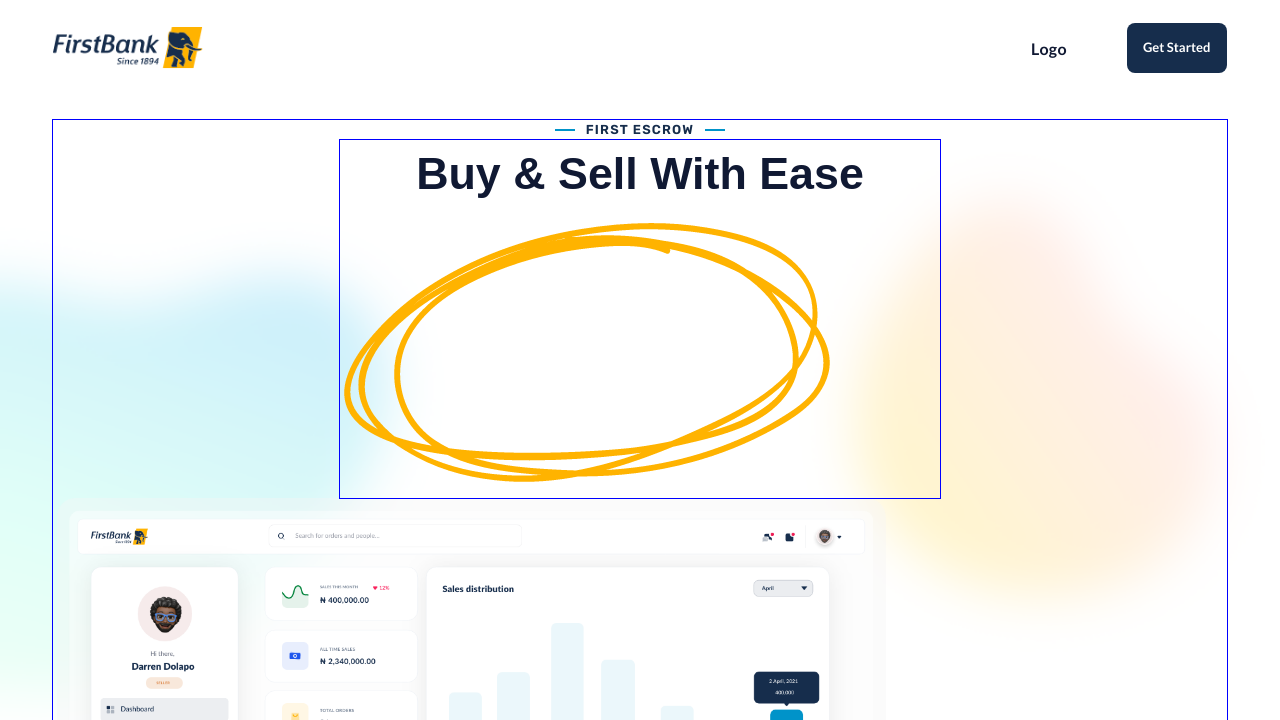
Repository: Pepperest-dev/First_Escrow_Home
Page: index.html
An editor plug-in stored every save of this project. The page is shown before and after the next save, followed by the edit.
The browser window is 1280 px wide. The pictures show the whole page.

Above is the page before, as saved 2021-09-25 21:10:35.

### index.html
<!DOCTYPE html>
<html lang="en">
  <head>
    <meta charset="UTF-8" />
    <meta http-equiv="X-UA-Compatible" content="IE=edge" />
    <meta name="viewport" content="width=device-width, initial-scale=1.0" />
    <link rel="stylesheet" href="styles/styles.css" />
    <link rel="stylesheet" href="styles/mobileScreenStyles.css" />
    <link
      href="https://unpkg.com/tailwindcss@^2/dist/tailwind.min.css"
      rel="stylesheet"
    />
    <link
      rel="stylesheet"
      href="https://cdnjs.cloudflare.com/ajax/libs/font-awesome/4.7.0/css/font-awesome.min.css"
    />
    <link rel="preconnect" href="https://fonts.googleapis.com" />
    <link rel="preconnect" href="https://fonts.gstatic.com" crossorigin />
    <link
      href="https://fonts.googleapis.com/css2?family=Lato:wght@100;300;400;700&family=Rubik:wght@400;500;600;700&display=swap"
      rel="stylesheet"
    />
    <title>First Escrow</title>
  </head>
  <body>
    <!-- Create a container wrapper to  -->
    <div class="container w-screen">
      <!-- create a container to keep everything contained in a certain width -->
      <!-- create the Navbar -->
      <!-- Do the font setup from google fonts -->
      <!-- make the navbar responsive -->
      <!-- create the hero section -->
      <!-- work on the what can we do or you ssection -->
      <!-- Work on how does first escrow  works-->
      <!-- work on refund is guranteed  section  -->
      <!-- how it works in simple steps section -->
      <!-- work on the footer section -->
      <header class="banner h-12/12 overflow-hidden">
        <nav
          class="
            h-24
            flex
            justify-between
            items-center
            md:w-11/12 md:p-0
            px-7
            mx-auto
            mb-6
          "
        >
          <a href="/">
            <img
              src="/assets/imgs/firstBank_logo.png"
              alt="First Bank Logo"
              class="BrandLogo cursor-pointer"
            />
          </a>

          <ul class="md:flex hidden w-2/12 h-full justify-between items-center">
            <li class="loginLink"><a href="#">Logo</a></li>
            <li>
              <button class="getStartedBtn hover:drop-shadow-xl">
                Get Started
              </button>
            </li>
          </ul>

          <div id="hambugger" class="hambugger cursor-pointer md:hidden">
            <i id="menuToggler" class="fa fa-2x fa-bars"></i>
          </div>
        </nav>

        <main class="md:w-11/12 outline md:p-0 px-7 mx-auto">
          <article>
            <p
              class="
                text-center
                mx-auto
                flex
                justify-around
                items-center
                firstEscrow
              "
            >
              First Escrow
            </p>
            <h1 class="mainTitle mx-auto outline">
              Buy & Sell With <span class="easeElipses">Ease</span>
              <img src="/assets/icons/bigEaseElipses.png" alt="elipses" />
            </h1>
          </article>
          <img
            src="/assets/imgs/dashboardMockup.png"
            class="dashboardImg"
            alt="dashboard mockup"
          />
        </main>
        <!-- <h1>First Escrows</h1> -->
      </header>
    </div>
    <script src="js/app.js"></script>
  </body>
</html>

### Styles/styles.css
* {
  margin: 0;
  padding: 0;
  border: 0;
  font-size: 16px;
  text-decoration: none;
  font: inherit;
  vertical-align: baseline;
  box-sizing: border-box;
}

/* Colors varable declaration */
:root {
  --whiteBgColor: #ffffff;
  --BtnBgColor: #162d4c;
  --lightBlueColor: #0093c9;
  --yellowPrimaryColor: #ffb300;
  --boxesTextColor: #707070;
  --darkBlueTextColor: #101933;
  --bannerTextColor: #707585;
  --lightGreenColor: #28a745;
  --inputFieldBorderColor: #d8dade;
  --footerBackgroundColor: #f6f6f7;
  --footerTextColor: #040c22;
  --latoFontFamily: "Lato", sans-serif;
  --rubikFontFamily: "Rubik", sans-serif;
  --arialFontFamily: "Arial", sans-serif;
}

.banner {
  background-image: url(../assets/imgs/overlayBackground.png);
  height: 100vh;
  width: 100vw;
  background-position: center;
  background-repeat: no-repeat;
  background-size: cover;
}
.dashboardImg {
  width: 80%;
  height: auto;
  /* margin: 3rem auto; */
}

.container {
  background-color: var(--whiteBgColor);
}

.BrandLogo {
  width: 150px;
  object-fit: contain;
  height: 45px;
}

.outline {
  outline: 1px solid blue;
}

.loginLink {
  font: normal normal 600 16px/19px Lato;
  letter-spacing: 0.32px;
  font-family: var(--latoFontFamily);
  font-style: normal;
  font-weight: 600;
  color: var(--darkBlueTextColor);
}

.loginLink:hover {
  opacity: 0.8;
  transition: all ease-in-out 350ms;
}

.getStartedBtn {
  border-radius: 8px;
  background-color: var(--BtnBgColor);
  width: 100px;
  height: 50px;
  color: var(--whiteBgColor);
  font-family: var(--latoFontFamily);
  text-align: center;
  font-size: 13px;
  font-weight: 600;
}

.getStartedBtn:hover {
  opacity: 0.8;
  transition: all ease-in-out 350ms;
}

.firstEscrow {
  letter-spacing: 1.2px;
  color: var(--BtnBgColor);
  text-transform: uppercase;
  font-family: var(--rubikFontFamily);
  font-size: 13px;
  font-weight: 600;
  width: 180px;
}

.firstEscrow::before {
  content: "";
  display: flex;
  width: 20px;
  border: 1px solid var(--lightBlueColor);
  background-color: var(--lightBlueColor);
}
.firstEscrow::after {
  content: "";
  display: flex;
  width: 20px;
  background-color: var(--lightBlueColor);
  border: 1px solid var(--lightBlueColor);
}
.mainTitle {
  text-align: center;
  color: var(--darkBlueTextColor);
  font-family: var(--arialFontFamily);
  font-weight: 700;
  font-size: 2.8rem;
  width: 600px;
  position: relative;
}

.easeElipses {
  background-image: url(../assets/icons/bigEaseElipses.png);
  background-repeat: no-repeat;
  background-position: center;
  /* background-size: c; */
  object-fit: cover;
}

.elipses {
  position: absolute;
  width: 200px;
}

### Styles/mobileScreenStyles.css
@media screen and (max-width: 600px) {
  .banner {
    background-size: contain;
  }
  .dashboard {
    width: 100%;
    height: auto;
    /* margin: 3rem auto; */
  }

  .BrandLogo {
    width: 100px;
  }

  .toggle{
    transition: opacity ease-in-out;
  }
}

### Js/app.js
const hambugger = document.querySelector("#hambugger");
console.log(hambugger);

const menu = document.querySelector("#menuToggler");

hambugger.addEventListener("click", () => {
  if (menu.classList.contains("fa-bars")) {
    menu.classList.remove("fa-bars");
    menu.classList.add("fa-times");
  } else if (menu.classList.contains("fa-times")) {
    menu.classList.remove("fa-times");
    menu.classList.add("fa-bars");
  }
  hambugger.classList.toggle("toggle");
});

After the next save:
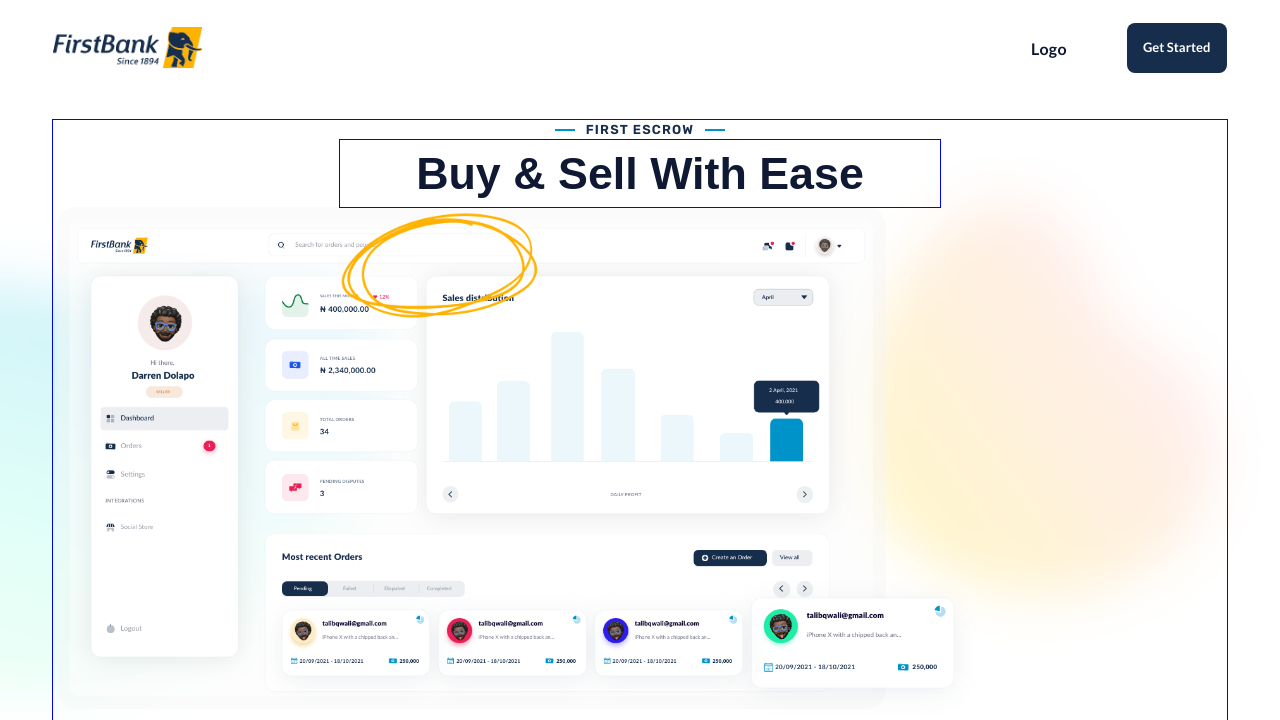
Saved 27 s later.
--- a/index.html
+++ b/index.html
@@ -86,7 +86,11 @@
             </p>
             <h1 class="mainTitle mx-auto outline">
               Buy & Sell With <span class="easeElipses">Ease</span>
-              <img src="/assets/icons/bigEaseElipses.png" alt="elipses" />
+              <img
+                src="/assets/icons/bigEaseElipses.png"
+                alt="elipses"
+                class="elipses"
+              />
             </h1>
           </article>
           <img
